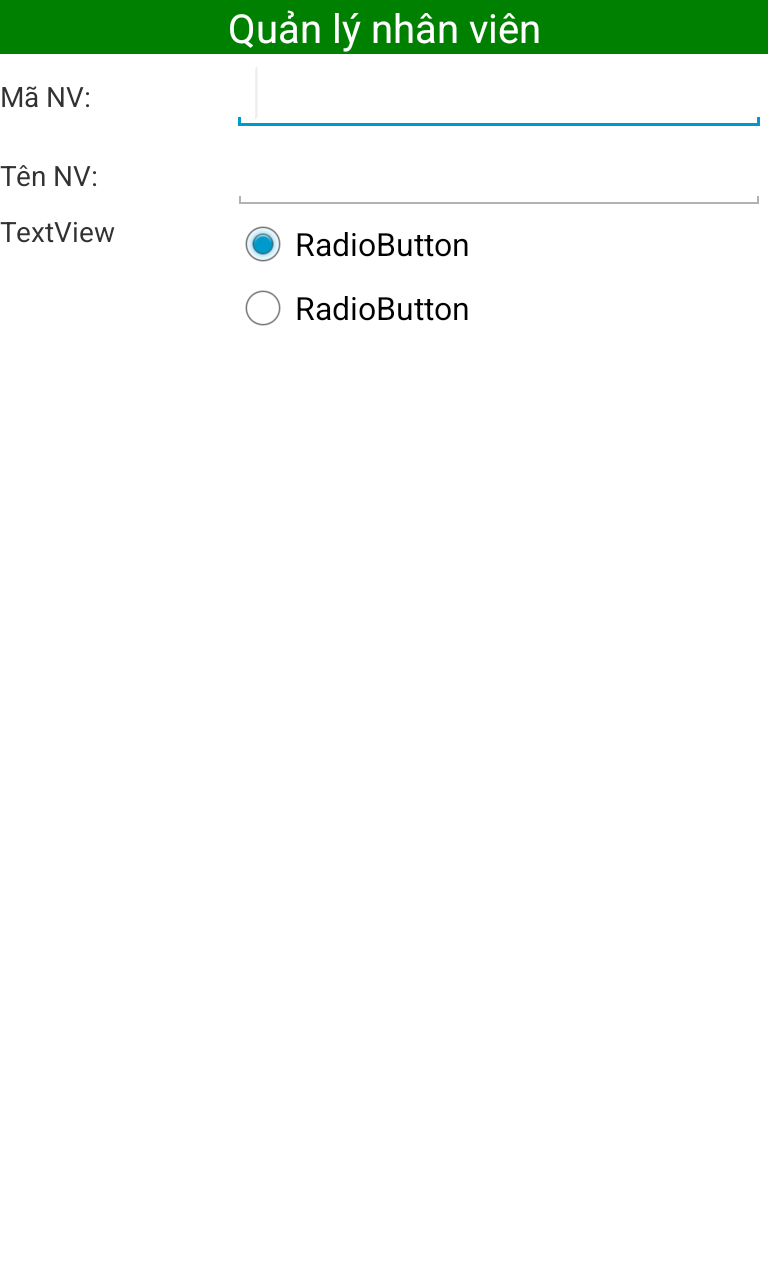
Repository: nguyentanan/Android
Layout: CustomListViewApp/res/layout/activity_main.xml
An editor plug-in stored every save of this project. The layout is shown before and after a run of saves, followed by the edit.
It is drawn on a 768 x 1280 px phone screen (xhdpi) without system bars, with theme AppTheme; the app's code is not run. Lists and similar views that code fills are empty.

Above is the layout before, as saved 2017-05-18 13:16:46.

### CustomListViewApp/res/layout/activity_main.xml
<LinearLayout xmlns:android="http://schemas.android.com/apk/res/android"
    xmlns:tools="http://schemas.android.com/tools"
    android:id="@+id/LinearLayout2"
    android:layout_width="match_parent"
    android:layout_height="match_parent"
    android:orientation="vertical"
    tools:context=".MainActivity" >

    <TextView
        android:id="@+id/textView1"
        android:layout_width="match_parent"
        android:layout_height="wrap_content"
        android:background="#008000"
        android:gravity="center"
        android:text="Quản lý nhân viên"
        android:textColor="#ffffff"
        android:textSize="20sp" />

    <TableLayout
        android:layout_width="match_parent"
        android:layout_height="wrap_content"
        android:stretchColumns="*" >

        <TableRow
            android:id="@+id/tableRow1"
            android:layout_width="wrap_content"
            android:layout_height="wrap_content" >

            <TextView
                android:id="@+id/textView2"
                android:layout_width="wrap_content"
                android:layout_height="wrap_content"
                android:text="Mã NV: " />

            <EditText
                android:id="@+id/editMa"
                android:layout_width="wrap_content"
                android:layout_height="wrap_content"
                android:ems="10" >

                <requestFocus />
            </EditText>
        </TableRow>

        <TableRow
            android:id="@+id/tableRow2"
            android:layout_width="wrap_content"
            android:layout_height="wrap_content" >

            <TextView
                android:id="@+id/textView3"
                android:layout_width="wrap_content"
                android:layout_height="wrap_content"
                android:text="Tên NV: " />

            <EditText
                android:id="@+id/editTen"
                android:layout_width="wrap_content"
                android:layout_height="wrap_content"
                android:ems="10" />
        </TableRow>

        <TableRow
            android:id="@+id/tableRow3"
            android:layout_width="wrap_content"
            android:layout_height="wrap_content" >

            <TextView
                android:id="@+id/textView4"
                android:layout_width="wrap_content"
                android:layout_height="wrap_content"
                android:text="TextView" />

            <RadioGroup
                android:id="@+id/radioGroup1"
                android:layout_width="wrap_content"
                android:layout_height="wrap_content" >

                <RadioButton
                    android:id="@+id/radio0"
                    android:layout_width="wrap_content"
                    android:layout_height="wrap_content"
                    android:checked="true"
                    android:text="RadioButton" />

                <RadioButton
                    android:id="@+id/radio1"
                    android:layout_width="wrap_content"
                    android:layout_height="wrap_content"
                    android:text="RadioButton" />
            </RadioGroup>

        </TableRow>

        <TableRow
            android:id="@+id/tableRow4"
            android:layout_width="wrap_content"
            android:layout_height="wrap_content" >
        </TableRow>
    </TableLayout>

</LinearLayout>

Loaded but not shown: CustomListViewApp/res/values/styles.xml (common file); CustomListViewApp/res/values-v11/styles.xml (common file); CustomListViewApp/res/values-v14/styles.xml (common file)

After the next 2 saves:
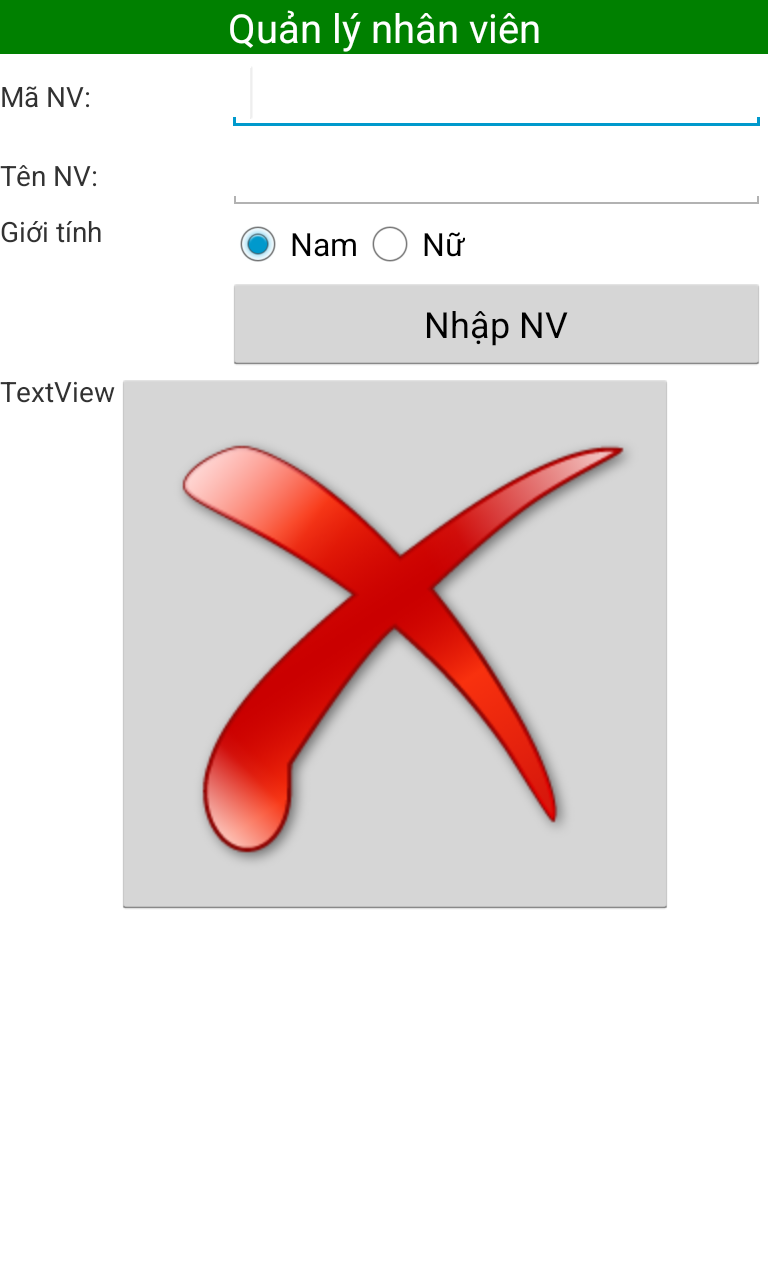
The 2 saves are shown as one change because 1 did not build or start.
The last was saved 8 min 56 s later.
--- a/CustomListViewApp/res/layout/activity_main.xml
+++ b/CustomListViewApp/res/layout/activity_main.xml
@@ -69,34 +69,65 @@
                 android:id="@+id/textView4"
                 android:layout_width="wrap_content"
                 android:layout_height="wrap_content"
-                android:text="TextView" />
+                android:text="Giới tính" />
 
             <RadioGroup
                 android:id="@+id/radioGroup1"
                 android:layout_width="wrap_content"
-                android:layout_height="wrap_content" >
+                android:layout_height="wrap_content"
+                android:orientation="horizontal" >
 
                 <RadioButton
-                    android:id="@+id/radio0"
+                    android:id="@+id/radNam"
                     android:layout_width="wrap_content"
                     android:layout_height="wrap_content"
                     android:checked="true"
-                    android:text="RadioButton" />
+                    android:text="Nam" />
 
                 <RadioButton
-                    android:id="@+id/radio1"
+                    android:id="@+id/radNu"
                     android:layout_width="wrap_content"
                     android:layout_height="wrap_content"
-                    android:text="RadioButton" />
+                    android:text="Nữ" />
             </RadioGroup>
-
         </TableRow>
 
         <TableRow
             android:id="@+id/tableRow4"
             android:layout_width="wrap_content"
             android:layout_height="wrap_content" >
+
+            <Button
+                android:id="@+id/btnNhap"
+                android:layout_width="wrap_content"
+                android:layout_height="wrap_content"
+                android:layout_column="1"
+                android:text="Nhập NV" />
         </TableRow>
     </TableLayout>
 
+    <LinearLayout
+        android:layout_width="match_parent"
+        android:layout_height="wrap_content" >
+
+        <TextView
+            android:id="@+id/textView5"
+            android:layout_width="wrap_content"
+            android:layout_height="wrap_content"
+            android:text="TextView" />
+
+        <ImageButton
+            android:id="@+id/imageButton1"
+            android:layout_width="wrap_content"
+            android:layout_height="wrap_content"
+            android:src="@drawable/deleteicon" />
+
+    </LinearLayout>
+
+    <ListView
+        android:id="@+id/listView1"
+        android:layout_width="match_parent"
+        android:layout_height="wrap_content" >
+    </ListView>
+
 </LinearLayout>
